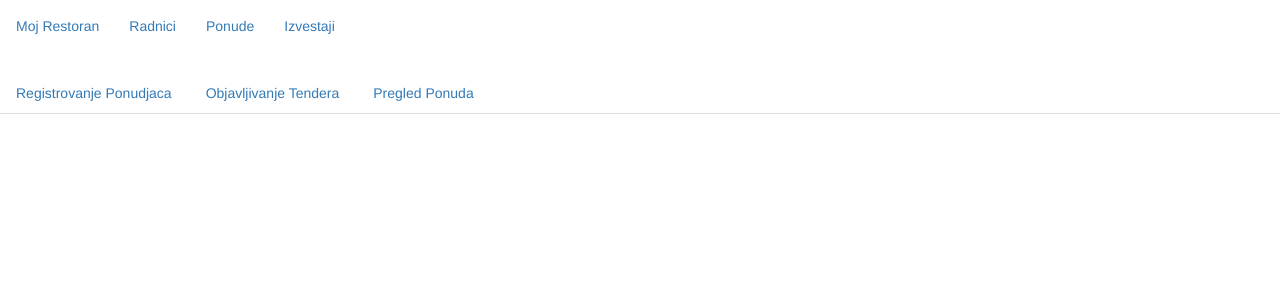
Repository: milanadam94/ISA-2016
Page: jpa-example/src/main/webapp/RestaurantManager/RestaurantManagerOfferers.html
An editor plug-in stored every save of this project. The page is shown before and after the next save, followed by the edit.
The browser window is 1280 px wide. The pictures show the whole page.
Some web libraries are served in a nearby version.

Above is the page before, as saved 2017-03-01 08:34:23.

After the next save:
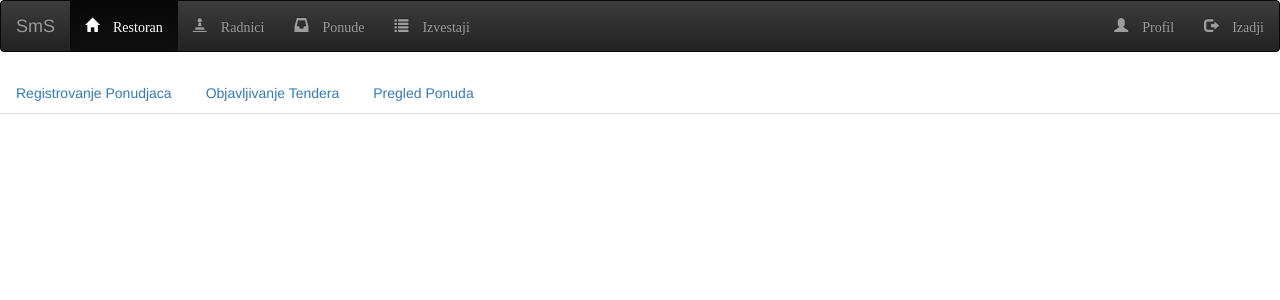
Saved 69 s later.
--- a/jpa-example/src/main/webapp/RestaurantManager/RestaurantManagerOfferers.html
+++ b/jpa-example/src/main/webapp/RestaurantManager/RestaurantManagerOfferers.html
@@ -27,16 +27,26 @@
 
 </head>
 <body ng-app="restManager" ng-controller="restManagerOfferersController">
-	<nav id="myNavbar" class="navbar">
+
+	<nav id="myNavbar" class="navbar navbar-inverse">
+		<div class="container-fluid">
+			<div class="navbar-header">
+				<a class="navbar-brand">SmS</a>
+			</div>
 		<ul class="nav navbar-nav">
-			<li><a href="RestaurantManager.html">Moj Restoran</a></li>
-			<li><a href="RestaurantManagerWorkers.html">Radnici</a></li>
-			<li><a href="RestaurantManagerOfferers.html">Ponude</a></li>
-			<li><a href="RestourantManagerReport.html">Izvestaji</a></li>
+			<li class="active"><a href="RestaurantManager.html" ng-click="getRestaurant()"><span class="glyphicon glyphicon-home"> Restoran </span></a></li>
+			<li><a href="RestaurantManagerWorkers.html"><span class="glyphicon glyphicon-pawn"> Radnici</span></a></li>
+			<li><a href="RestaurantManagerOfferers.html"><span class="glyphicon glyphicon-inbox"> Ponude </span></a></li>
+			<li><a href="RestourantManagerReport.html"><span class="glyphicon glyphicon-list"> Izvestaji </span></a></li>
+		</ul>
+		<ul class="nav navbar-nav navbar-right">
+			<li><a href="#"><span class="glyphicon glyphicon-user"> Profil</span> </a>
+			<li><a href="#"><span class="glyphicon glyphicon-log-out"> Izadji </span> </a>
+		</ul>
 
+		</div>
+	</nav>
 
-		</ul>
-	</nav>
 	<div>
 		<div class="form-group">
 			<ul class="nav nav-tabs">
